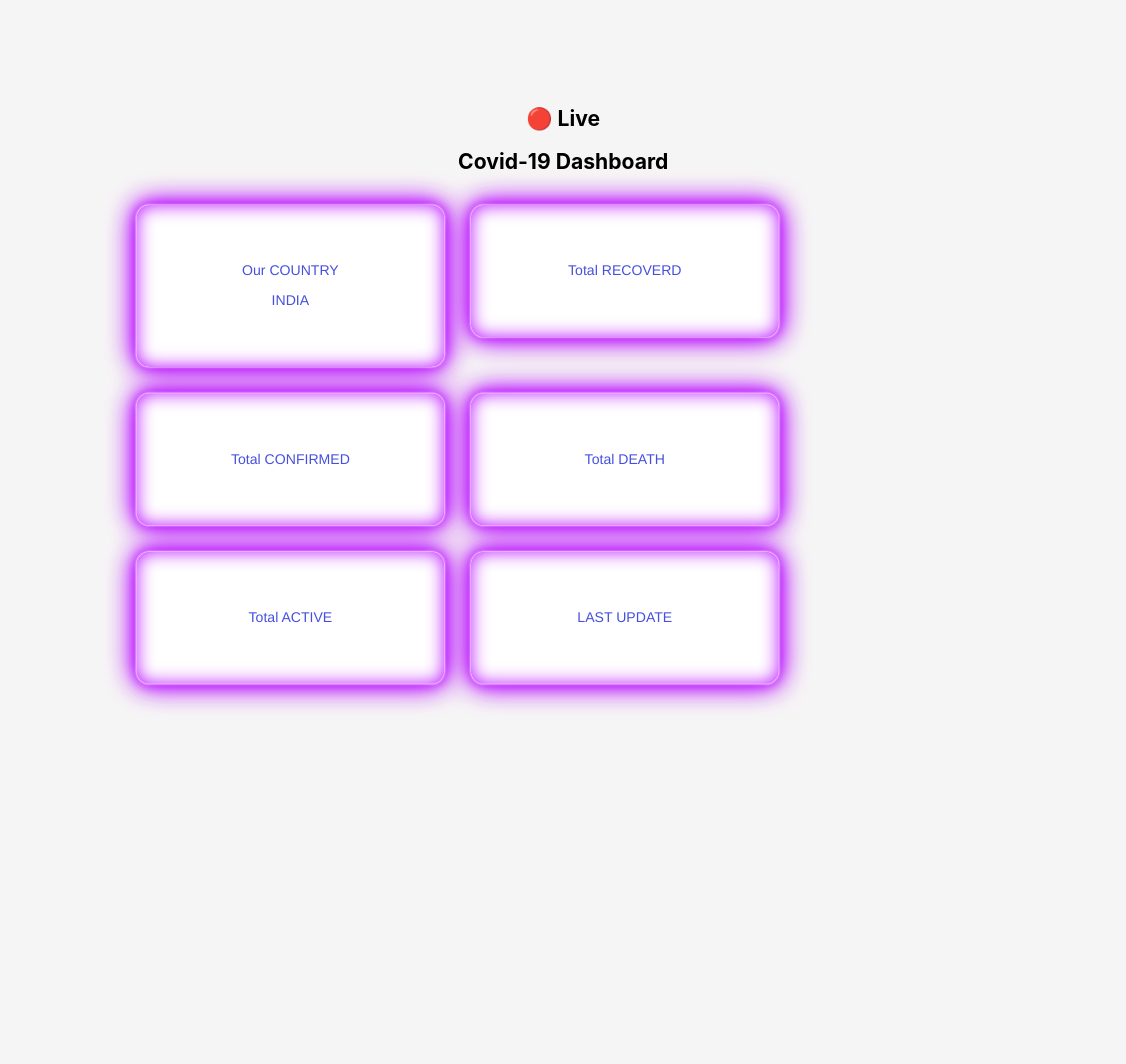
Repository: Aniketlamage/covid19-dashboard
Page: /
An editor plug-in stored every save of this project. The page is shown before and after the next save, followed by the edit.
The browser window is 1280 px wide. The pictures show the whole page, at 88% of full size.
The page's requests for data from a server got no answer. The project was rebuilt for these pictures with package versions that can differ from the ones it lists, and the page was loaded fresh each time. No one was signed in, and anything a server would have sent is missing.

Above is the page before, as saved 2021-09-30 20:05:25.

### src/App.js
import React from 'react'
import Covid from './components/covid';
const App = () => {
return(
<>
<Covid />
</>
)
}

export default App;

### src/components/covid.js
import React, { useEffect, useState } from 'react'
import "./covid.css"

const Covid = () => {
    const [data, setData] =  useState([]);
    const getCovidData = async () =>{
        try{
            const res = await fetch('https://data.covid19india.org/data.json')
            const actualData = await res.json();
            console.log(actualData.statewise[0]);
            setData(actualData.statewise[0]);
           }
        catch(err){console.log(err);}
    }

    useEffect(() => {
        getCovidData ();
    }, []);
return(

<>
<section>

    <h1>🔴 Live </h1>
    <h2>Covid-19 Dashboard</h2>

<ul>
    <li className = "card">
        <div className ="card__main">
            <div className ="card__inner">
                <p className="card__name"><span> Our </span> COUNTRY </p>
                <p classname="card__total card__small">INDIA</p>
            </div>
        </div>
    </li>
    <li className = "card">
        <div className ="card__main">
            <div className ="card__inner">
                <p className="card__name"><span> Total </span> RECOVERD </p>
                <p classname="card__total card__small">{data.recovered}</p>
            </div>
        </div>
    </li><li className = "card">
        <div className ="card__main">
            <div className ="card__inner">
                <p className="card__name"><span> Total </span> CONFIRMED </p>
                <p classname="card__total card__small">{data.confirmed}</p>
            </div>
        </div>
    </li><li className = "card">
        <div className ="card__main">
            <div className ="card__inner">
                <p className="card__name"><span> Total </span> DEATH </p>
                <p classname="card__total card__small">{data.deaths}</p>
            </div>
        </div>
    </li><li className = "card">
        <div className ="card__main">
            <div className ="card__inner">
                <p className="card__name"><span> Total </span> ACTIVE </p>
                <p classname="card__total card__small">{data.active}</p>
            </div>
        </div>
    </li><li className = "card">
        <div className ="card__main">
            <div className ="card__inner">
                <p className="card__name"><span> LAST </span> UPDATE </p>
                <p classname="card__total card__small">{ data.lastupdatedtime}</p>
            </div>
        </div>
    </li>
</ul>
</section>
</>

)

}
export default Covid;

### src/components/covid.css

/*  Basic Styling */
.main,body {
    background-color: whitesmoke;
    padding: 100px;
    text-align: center;
    min-height: 100ch;
    align-items: center;

}

h1,h2{

    color: black;
}

p {
    color: #4650dd;
    font-family: 'Franklin Gothic Medium', 'Arial Narrow', Arial, sans-serif;
}

ul{
    list-style-type:none;
    display: flex;
    flex-wrap: wrap;
}
div.card__main {
    background-color: white;
    border-radius: 15px;
    width: 250px;
    padding: 50px;
    margin: 15px;
    align-items: center;
    /*box-shadow: 4px 4px 4px 4px #35b3ee, 5px 5px 5px 5px #35b3ee;*/
    box-shadow: 0 0 .1rem #fff,
    0 0 .2rem #fff,
    0 0 2rem #bc13fe,
    0 0 0.8rem #bc13fe,
    0 0 2rem #bc13fe,
    inset 0 0 1.3rem #bc13fe;
 }



.card_name{
    font-size: 25px;
    font-weight: bold;
}

.card_name span {
    font-size: 15px;
}

.card_total {

    font-size: 20px;
    font-weight: bold;

}
.card__small {
    font-size: 80px;
}
@media (max-width: 500px)
{
    .card_total{font-size: 70px;}
}
@media (max-width: 500px)
{
    .card{
        width: 100%;
        height: 290px;
        margin-right: 0;
        float: none;
    }
    .card .card__inner,
    .card .card__back{
        height: 290px;
    }
}

.card {
    transition: transform .3s;
  }

  .card :hover {
    transition: transform .3s;
    -ms-transform: scale(1.2);
    -webkit-transform: scale(1.2);
    transform: scale(1.2);
  }

Loaded but not shown: public/index.html (common file); src/index.js (common file); src/index.css (common file); src/reportWebVitals.js (common file)

After the next save:
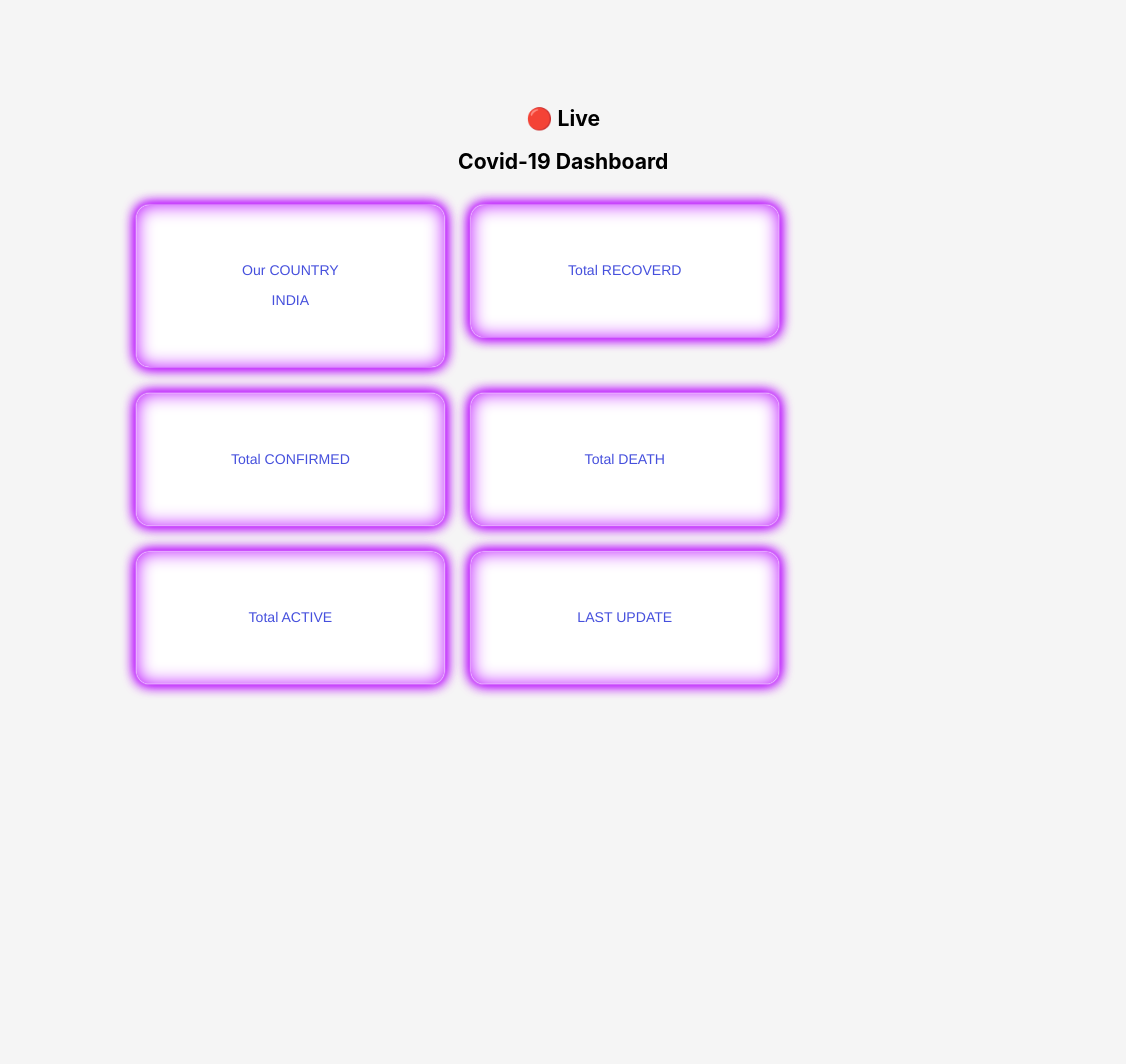
Saved 16 s later.
--- a/src/components/covid.css
+++ b/src/components/covid.css
@@ -33,10 +33,10 @@ div.card__main {
     align-items: center;
     /*box-shadow: 4px 4px 4px 4px #35b3ee, 5px 5px 5px 5px #35b3ee;*/
     box-shadow: 0 0 .1rem #fff,
-    0 0 .2rem #fff,
-    0 0 2rem #bc13fe,
+    0 0 .1rem #fff,
+    0 0 1rem #bc13fe,
     0 0 0.8rem #bc13fe,
-    0 0 2rem #bc13fe,
+    0 0 1rem #bc13fe,
     inset 0 0 1.3rem #bc13fe;
  }
 
